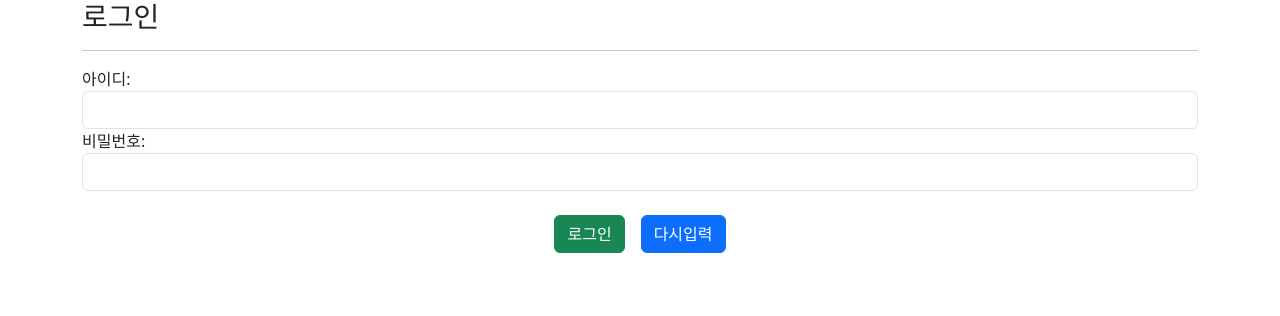
Repository: papepopopy/javascript
Page: http://localhost/webjsp/ex01/sample06/LoginFilter.jsp
These files come from the project's save history. The page is drawn as it stood at one moment and after the next save; the edit follows.
The browser window is 1280 px wide. The pictures show the whole page.
The page is served by Tomcat 9. Nobody is signed in. The application's start-up code is not run. Other server files are loaded and not shown.

Above is the page before, as saved 2024-07-01 03:50:35.

### jspStudy/jspStudy/webjsp/src/main/webapp/ex01/sample06/LoginFilter.jsp
<%@ page language="java" contentType="text/html; charset=UTF-8"
	pageEncoding="UTF-8"%>
<!DOCTYPE html>
<html>
<head>
<link href="https://cdn.jsdelivr.net/npm/bootstrap@5.3.3/dist/css/bootstrap.min.css" rel="stylesheet" integrity="sha384-QWTKZyjpPEjISv5WaRU9OFeRpok6YctnYmDr5pNlyT2bRjXh0JMhjY6hW+ALEwIH" crossorigin="anonymous">
<meta charset="UTF-8">
<title>로그인</title>
<style>
.rbtn {
	margin-right: 1em;
}
</style>
</head>
<body>
	<div class="container ">
		<div class="login">
			<h3>로그인</h3>
			<hr>
			<form action="/webjsp/loginsession" method="get" name="frmMember">
				<div>
					<label>아이디:</label> <input type="text" name="user_id" class="form-control">
				</div>
				<div>
					<label>비밀번호:</label> <input type="password" name="user_pw" class="form-control">
				</div>
				<input type="hidden" name="command" value="addMember"> <br>
				<div class="d-flex justify-content-center loginBtn">
					<div>
						<input type="button" value="로그인" class="btn btn-success rbtn" onClick="loginsession()" >
					</div>
					<div>
						<input type="reset" value="다시입력" class="btn btn-primary">
					</div>
				</div>
			</form>
		</div>

	</div>
	<script>

	</script>
	<script
		src="https://cdn.jsdelivr.net/npm/@popperjs/core@2.11.8/dist/umd/popper.min.js"
		integrity="sha384-I7E8VVD/ismYTF4hNIPjVp/Zjvgyol6VFvRkX/vR+Vc4jQkC+hVqc2pM8ODewa9r"
		crossorigin="anonymous"></script>
	<script
		src="https://cdn.jsdelivr.net/npm/bootstrap@5.3.3/dist/js/bootstrap.min.js"
		integrity="sha384-0pUGZvbkm6XF6gxjEnlmuGrJXVbNuzT9qBBavbLwCsOGabYfZo0T0to5eqruptLy"
		crossorigin="anonymous"></script>
</body>
</html>

After the next save:
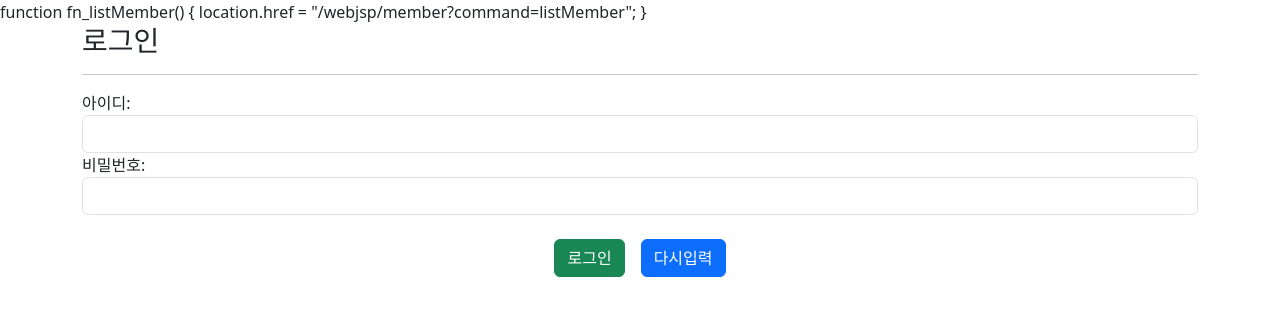
Saved 11 s later.
--- a/jspStudy/jspStudy/webjsp/src/main/webapp/ex01/sample06/LoginFilter.jsp
+++ b/jspStudy/jspStudy/webjsp/src/main/webapp/ex01/sample06/LoginFilter.jsp
@@ -11,6 +11,9 @@
 	margin-right: 1em;
 }
 </style>
+	function fn_listMember() {
+		location.href = "/webjsp/member?command=listMember";
+	}
 </head>
 <body>
 	<div class="container ">

After the 2 saves that followed:
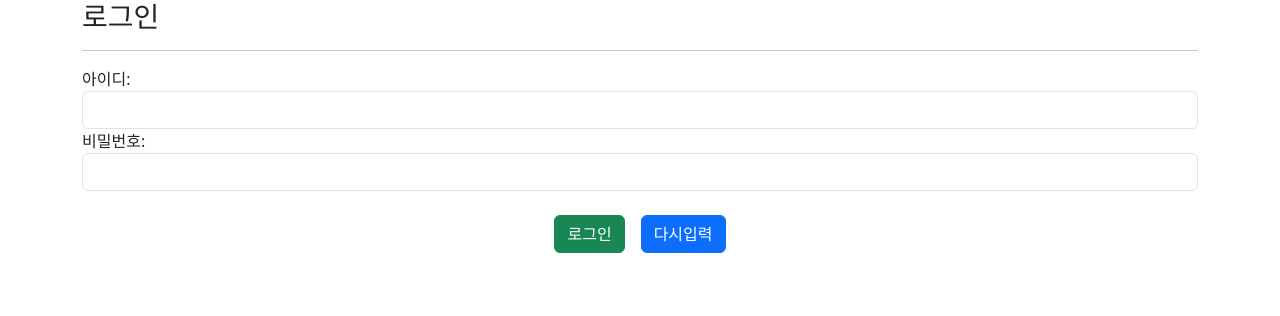
The 2 saves are shown as one change because 1 left the picture as it was.
The last was saved 11 s later.
--- a/jspStudy/jspStudy/webjsp/src/main/webapp/ex01/sample06/LoginFilter.jsp
+++ b/jspStudy/jspStudy/webjsp/src/main/webapp/ex01/sample06/LoginFilter.jsp
@@ -11,9 +11,11 @@
 	margin-right: 1em;
 }
 </style>
+<script>
 	function fn_listMember() {
 		location.href = "/webjsp/member?command=listMember";
 	}
+</script>
 </head>
 <body>
 	<div class="container ">
